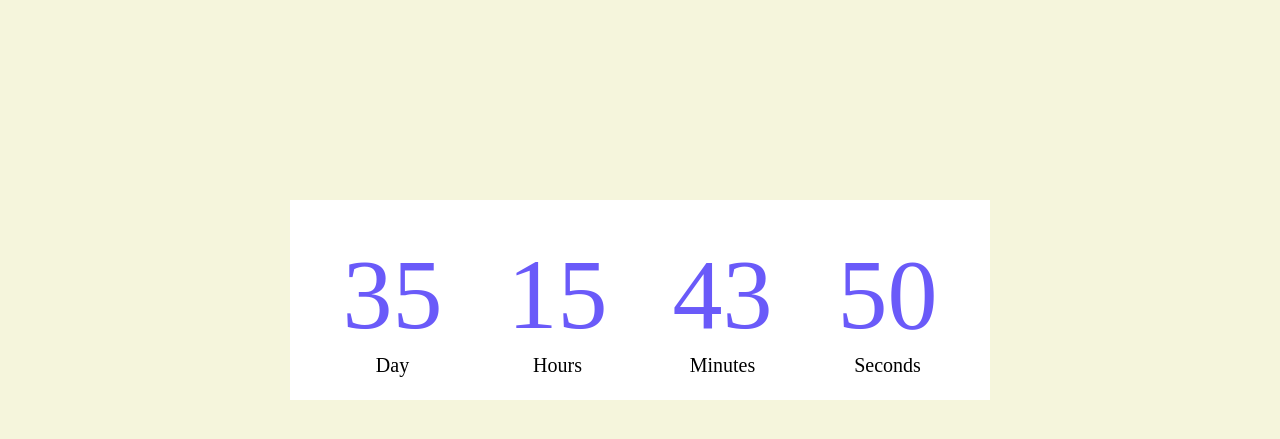
Repository: tienbkvn0605/counddown-demo
Page: index.html
An editor plug-in stored every save of this project. The page is shown before and after the next save, followed by the edit.
The browser window is 1280 px wide. The pictures show the whole page.

Above is the page before, as saved 2023-01-28 23:55:26.

### index.html
<!DOCTYPE html>
<html lang="en">
  <head>
    <meta charset="UTF-8" />
    <meta http-equiv="X-UA-Compatible" content="IE=edge" />
    <meta name="viewport" content="width=device-width, initial-scale=1.0" />
    <link rel="stylesheet" href="resetcss.css" />
    <link rel="stylesheet" href="style.css" />
    <title>Document</title>
  </head>
  <body>
    <ul class="countdown">
      <li>
        <span class="number days">0</span>
        <span class="text">Day</span>
      </li>
      <li>
        <span class="number hours">0</span>
        <span class="text">Hours</span>
      </li>
      <li>
        <span class="number minutes">0</span>
        <span class="text">Minutes</span>
      </li>
      <li>
        <span class="number seconds">0</span>
        <span class="text">Seconds</span>
      </li>
    </ul>
  </body>
  <script src="app2.js"></script>
</html>

### resetcss.css
*,
*::before,
*::after {
  box-sizing: border-box;
}
* {
  margin: 0;
  padding: 0;
  font: inherit;
}
body {
  line-height: 1.5;
}
img,
picture,
video,
canvas,
svg {
  display: block;
  max-width: 100%;
}
input,
button,
textarea,
select {
  outline: none;
}
p,
h1,
h2,
h3,
h4,
h5,
h6 {
  overflow-wrap: break-word;
}

### style.css
body {
  background-color: beige;
}
ul {
  list-style: none;
}
.countdown {
  width: 700px;
  height: 200px;
  margin: 200px auto;
  background-color: white;
  display: grid;
  grid-template-columns: repeat(4, 1fr);
  padding: 20px;
}
.countdown li {
  display: flex;
  align-items: center;
  flex-direction: column;
}
.number {
  font-size: 100px;
  color: #6a5af9;
  margin-bottom: -20px;
}
.text {
  font-size: 20px;
}

### app2.js
window.addEventListener("load", function () {
  const daysTime = document.querySelector(".days");
  const hoursTime = document.querySelector(".hours");
  const minutesTime = document.querySelector(".minutes");
  const secondsTime = document.querySelector(".seconds");

  function countDow(date) {
    const endDate = new Date(date).getTime();
    const currentTime = new Date().getTime();
    if (isNaN(endDate) || endDate - currentTime < 0) return console.log("err");
    setInterval(function () {
      let days, hours, minutes, seconds;
      const now = new Date();
      const startDate = now.getTime();
      let timeRemaning = parseInt((endDate - startDate) / 1000);
      if (timeRemaning >= 0) {
        days = parseInt(timeRemaning / 86400);
        timeRemaning = timeRemaning % 86400;
        hours = parseInt(timeRemaning / 3600);
        timeRemaning = timeRemaning % 3600;
        minutes = parseInt(timeRemaning / 60);
        timeRemaning = parseInt(timeRemaning % 60);
        seconds = parseInt(timeRemaning);
        daysTime.textContent = `0${days}`.slice(-2);
        hoursTime.textContent = `0${hours}`.slice(-2);
        minutesTime.textContent = `0${minutes}`.slice(-2);
        secondsTime.textContent = `0${seconds}`.slice(-2);
      } else {
        console.log("err");
      }
    }, 1000);
  }
  countDow("Wed Oct 10 2024 00:00:00 GMT+0900 (Japan Standard Time)");
});

// countDown("Wed Oct 07 2022 00:00:00 GMT+0900 (Japan Standard Time)");

After the next save:
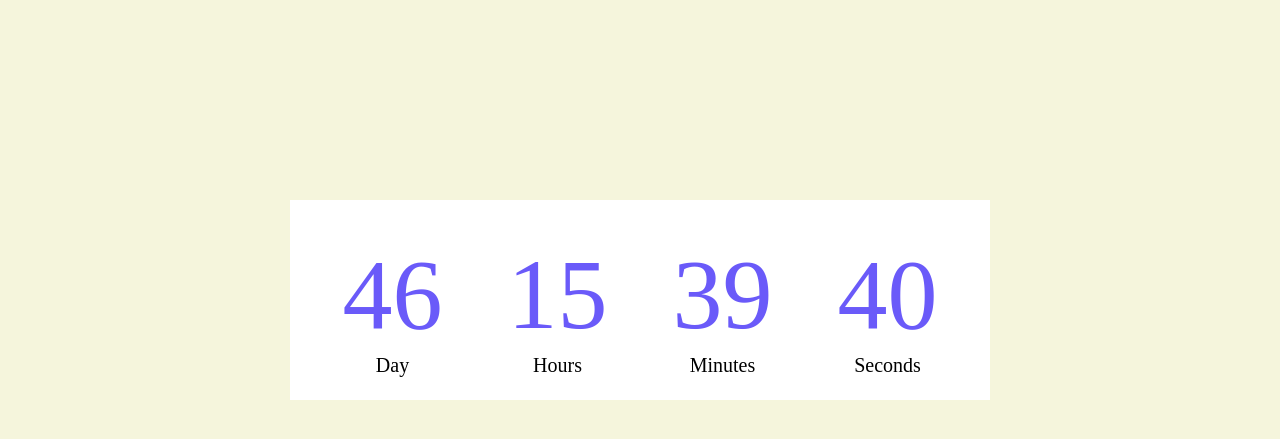
Saved 65 s later.
--- a/app2.js
+++ b/app2.js
@@ -30,7 +30,7 @@ window.addEventListener("load", function () {
       }
     }, 1000);
   }
-  countDow("Wed Oct 10 2024 00:00:00 GMT+0900 (Japan Standard Time)");
+  countDow("Sat Feb 28 2023 23:55:50 GMT+0900 (Japan Standard Time)");
 });
 
 // countDown("Wed Oct 07 2022 00:00:00 GMT+0900 (Japan Standard Time)");
